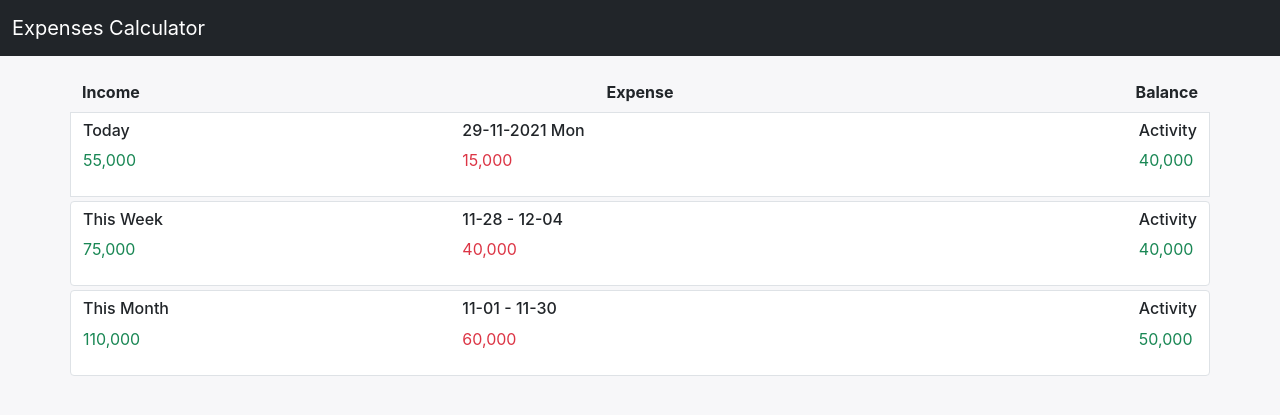
Repository: eidankhan/expenses-calculator
Page: /
The author's editor kept a copy of each file at every save. The page is drawn from the files as they stood at one save, then again after the next save.
The browser window is 1280 px wide. The pictures show the whole page.
The project was rebuilt for these pictures with package versions that can differ from the ones it lists, and the page was loaded fresh each time. Also part of the build but not shown: src/components/SaveIncome.js.

Above is the page before, as saved 2021-11-29 18:21:19.

### public/index.html
<!DOCTYPE html>
<html lang="en">
  <head>
    <meta charset="utf-8" />
    <link rel="icon" href="%PUBLIC_URL%/favicon.ico" />
    <meta name="viewport" content="width=device-width, initial-scale=1" />
    <meta name="theme-color" content="#000000" />
    <meta
      name="description"
      content="Web site created using create-react-app"
    />
    <link rel="apple-touch-icon" href="%PUBLIC_URL%/logo192.png" />
    <link rel="manifest" href="%PUBLIC_URL%/manifest.json" />
    <!-- CSS only -->
    <link
      href="https://cdn.jsdelivr.net/npm/bootstrap@5.1.3/dist/css/bootstrap.min.css"
      rel="stylesheet"
      integrity="sha384-1BmE4kWBq78iYhFldvKuhfTAU6auU8tT94WrHftjDbrCEXSU1oBoqyl2QvZ6jIW3"
      crossorigin="anonymous"
    />
    <title>Shopping Cart App</title>
  </head>
  <body>
    <noscript>You need to enable JavaScript to run this app.</noscript>
    <div id="root"></div>
    <!-- JavaScript Bundle with Popper -->
    <script
      src="https://cdn.jsdelivr.net/npm/bootstrap@5.1.3/dist/js/bootstrap.bundle.min.js"
      integrity="sha384-ka7Sk0Gln4gmtz2MlQnikT1wXgYsOg+OMhuP+IlRH9sENBO0LRn5q+8nbTov4+1p"
      crossorigin="anonymous"
    ></script>
  </body>
</html>

### src/index.css
body {
  margin: 0;
  font-family: -apple-system, BlinkMacSystemFont, 'Segoe UI', 'Roboto', 'Oxygen',
    'Ubuntu', 'Cantarell', 'Fira Sans', 'Droid Sans', 'Helvetica Neue',
    sans-serif;
  -webkit-font-smoothing: antialiased;
  -moz-osx-font-smoothing: grayscale;
}

code {
  font-family: source-code-pro, Menlo, Monaco, Consolas, 'Courier New',
    monospace;
}

body{
  background-color: #F7F7F9;
}

### src/App.js
// import {
//   BrowserRouter as Router,
//   Routes,
//   Route,
// } from "react-router-dom";

import { IncomeSummary } from "./components/IncomeSummary";
import { Navbar } from "./components/Navbar";
import { SaveIncome } from "./components/SaveIncome";

function App() {
  return (
    <>
      <Navbar />
      <div className="container my-3">
        {/* <SaveIncome/> */}
        <IncomeSummary/>
      </div>
    </>
  );
}

export default App;

### src/components/IncomeSummary.js
import React from "react";

export const IncomeSummary = () => {
  return (
    <div className="my-3">
      <div className="row">
        <div className="col-md-4 my-2">
          <strong>Income</strong>
        </div>
        <div className="col-md-4 my-2 text-center">
          <strong>Expense</strong>
        </div>
        <div className="col-md-4 my-2">
          <strong className="float-end">Balance</strong>
        </div>
      </div>
      <div className="row border rounder" style={{ backgroundColor: "white" }}>
        <div className="col-md-4 my-2" m>
          <h6> Today </h6>
          <p className="text-success"> 55,000</p>
        </div>
        <div className="col-md-4 my-2 d-flex align-items-center">
          <div className="">
            <h6> 29-11-2021 Mon </h6>
            <p className="text-danger"> 15,000</p>
          </div>
        </div>
        <div className="col-md-4 my-2">
          <div className="float-end">
          <h6> Activity </h6>
          <p className="text-success"> 40,000</p>
          </div>
        </div>
      </div>
      <div
        className="row border rounded my-1"
        style={{ backgroundColor: "white" }}
      >
        <div className="col-md-4 my-2">
          <div className="cards">
            <h6> This Week </h6>
            <p className="text-success"> 75,000</p>
          </div>
        </div>
        <div className="col-md-4 my-2">
          <h6> 11-28 - 12-04 </h6>
          <p className="text-danger"> 40,000</p>
        </div>
        <div className="col-md-4 my-2">
          <div className="float-end">
            <h6> Activity </h6>
            <p className="text-success"> 40,000</p>
          </div>
        </div>
      </div>
      <div
        className="row border rounded my-1"
        style={{ backgroundColor: "white" }}
      >
        <div className="col-md-4 my-2">
          <div className="cards">
            <h6> This Month </h6>
            <p className="text-success"> 110,000</p>
          </div>
        </div>
        <div className="col-md-4 my-2">
          <h6> 11-01 - 11-30 </h6>
          <p className="text-danger"> 60,000</p>
        </div>
        <div className="col-md-4 my-2">
          <div className="float-end">
            <h6> Activity </h6>
            <p className="text-success"> 50,000</p>
          </div>
        </div>
      </div>
    </div>
  );
};

### src/components/Navbar.js
import React from "react";

export const Navbar = () => {
  return (
    <nav className="navbar navbar-dark bg-dark">
      <div className="container-fluid">
        <a className="navbar-brand" href="/" > Expenses Calculator</a>

        {/* <form className="d-flex">
          <input
            className="form-control me-2"
            type="search"
            placeholder="Search"
            aria-label="Search"
          />
          <button className="btn btn-outline-success" type="submit">
            Search
          </button>
        </form> */}

      </div>
    </nav>
  );
};

Loaded but not shown: src/index.js (common file)

After the next save:
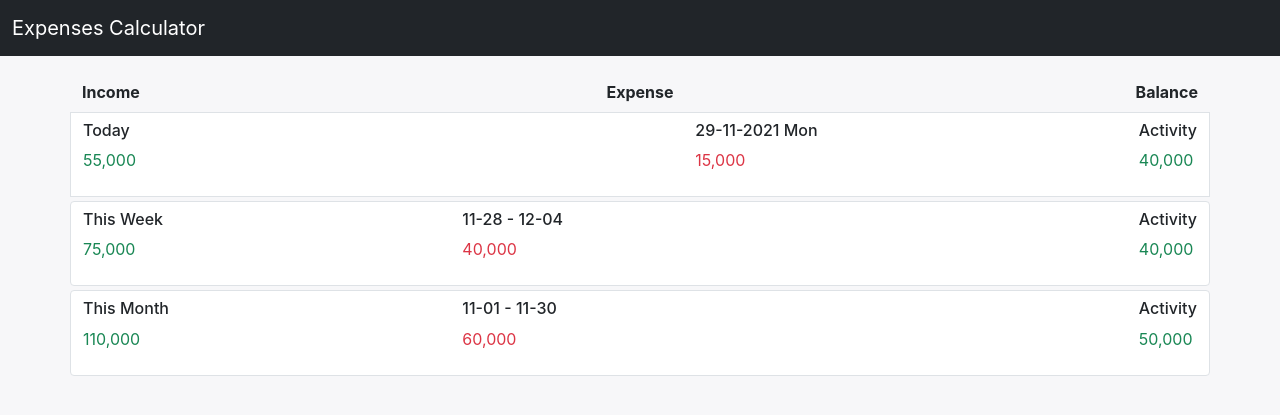
Saved 95 s later.
--- a/src/components/IncomeSummary.js
+++ b/src/components/IncomeSummary.js
@@ -19,8 +19,8 @@ export const IncomeSummary = () => {
           <h6> Today </h6>
           <p className="text-success"> 55,000</p>
         </div>
-        <div className="col-md-4 my-2 d-flex align-items-center">
-          <div className="">
+        <div className="col-md-4 my-2">
+          <div className="float-end">
             <h6> 29-11-2021 Mon </h6>
             <p className="text-danger"> 15,000</p>
           </div>
